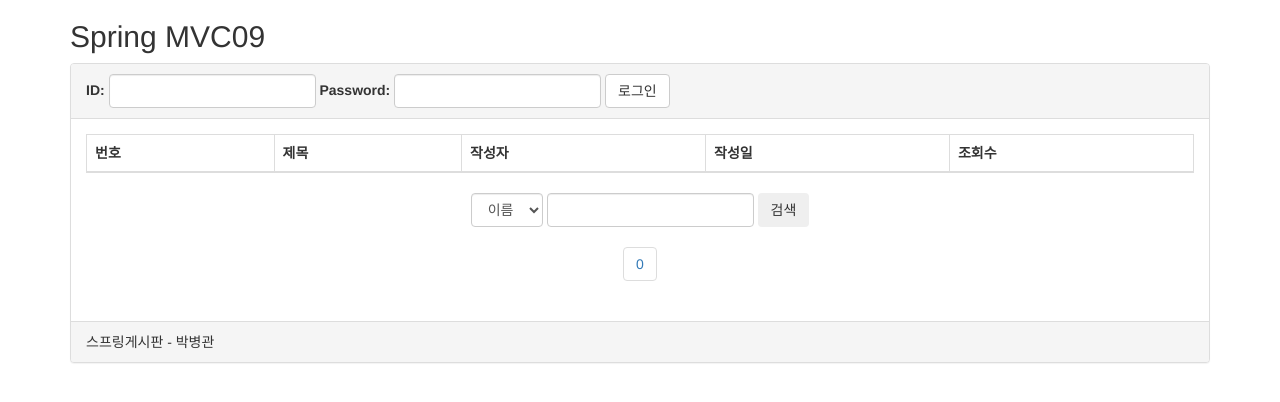
Repository: truffleToast/SpringLecture
Page: http://localhost/SpringMVC09/WEB-INF/views/board/list.jsp
These files come from the project's save history. The page is drawn as it stood at one moment and after the next save; the edit follows.
The browser window is 1280 px wide. The pictures show the whole page.
The page is served by Tomcat 9. Nobody is signed in. Other server files are loaded and not shown. The template is opened directly, without the code that normally fills it, so the values that code supplies are empty.

Above is the page before, as saved 2023-10-13 02:33:20.

### SpringMVC09/src/main/webapp/WEB-INF/views/board/list.jsp
<%@ page language="java" contentType="text/html; charset=UTF-8"
    pageEncoding="UTF-8"%>
<%@ taglib prefix="c" uri="http://java.sun.com/jsp/jstl/core" %>
<%@ taglib prefix="fn" uri="http://java.sun.com/jsp/jstl/functions" %>
<%@ taglib prefix="fmt" uri="http://java.sun.com/jsp/jstl/fmt" %>

<c:set var="cpath" value="${pageContext.request.contextPath}" />

<!DOCTYPE html>
<html>
<head>
<meta charset="UTF-8">
<title>Insert title here</title>
<link rel="stylesheet" href="https://maxcdn.bootstrapcdn.com/bootstrap/3.4.1/css/bootstrap.min.css">
<script src="https://ajax.googleapis.com/ajax/libs/jquery/3.6.4/jquery.min.js"></script>
<script src="https://maxcdn.bootstrapcdn.com/bootstrap/3.4.1/js/bootstrap.min.js"></script>
</head>
<body>
	<div class="container">
	  <h2>Spring MVC09</h2>
	  <div class="panel panel-default">
	    <div class="panel-heading">

	    <c:if test="${empty mvo}">
			<form class="form-inline" action="${cpath}/login/loginProcess" method="post">
				<div class="form-group">
					<label for="id">ID:</label>
					<input type="text" class="form-control" id="id" name="memID">
				</div>
				<div class="form-group">
					<label for="pwd">Password:</label>
					<input type="password" class="form-control" id="pwd" name="memPwd">
				</div>
				<button type="submit" class="btn btn-default">로그인</button>
			</form>
		</c:if>

		<c:if test="${not empty mvo}">

			<form class="form-inline" action="${cpath}/login/logoutProcess" method="post">
				<div class="form-group">
					<label>${mvo.memName}님 방문을 환영합니다.</label>
				</div>
				<button type="submit" class="btn btn-default">로그아웃</button>
			</form>

		</c:if>

		</div>
	    <div class="panel-body">
	    	<table class="table table-bordered table-hover">
	    		<thead>
	    			<tr>
	    				<th>번호</th>
	    				<th>제목</th>
	    				<th>작성자</th>
	    				<th>작성일</th>
	    				<th>조회수</th>
	    			</tr>
	    		</thead>
	    		<tbody>
	    			<!-- 여기에 게시글 출력해보세요 -->
	    			<c:forEach items="${list}" var="vo" varStatus="i">
	    				<tr>
	    					<td>${i.count}</td>
	    					<td>

	    					<c:if test="${vo.boardAvailable == 0}">
	    						<a href="javascript:alert('삭제된 게시글입니다')">
	    						<c:if test="${vo.boardLevel > 0}">
		    						<c:forEach begin="0" end="${vo.boardLevel}" step="1">
		    							<span style="padding-left: 15px"></span>
		    						</c:forEach>
		    						ㄴ[RE]
		    					</c:if>
	    						삭제된 게시물입니다.
	    						</a>
	    					</c:if>

	    					<c:if test="${vo.boardAvailable > 0}">
		    					<a class="move" href="${vo.idx}">
		    					<c:if test="${vo.boardLevel > 0}">
		    						<c:forEach begin="0" end="${vo.boardLevel}" step="1">
		    							<span style="padding-left: 15px"></span>
		    						</c:forEach>
		    						ㄴ[RE]
		    					</c:if>
		    					<c:out value="${vo.title}" />
		    					</a>
	    					</c:if>

	    					</td>
	    					<td>${vo.writer}</td>
	    					<td>
	    						<fmt:formatDate value="${vo.indate}" pattern="yyyy-MM-dd"/>
	    					</td>
	    					<td>${vo.count}</td>
	    				</tr>
	    			</c:forEach>
	    		</tbody>

	    		<c:if test="${not empty mvo}">
	    		<tr>
	    			<td colspan="5">
	    				<button id="regBtn" class="btn btn-xs btn-info pull-right">글쓰기</button>
	    			</td>
	    		</tr>
	    		</c:if>
	    	</table>


	    	<!-- 검색메뉴 -->
	    	<div style ="text-align: center;">
	    		<form class ="form-inline" action ="">
	    			<div class ="form-group">
	    				<select name ="type" class="form-control">
	    					<option>이름</option>
	    					<option>제목</option>
	    					<option>내용</option>
	    				</select>
	    			</div>
	    			<div class ="form-group">
	    				<input type ="text" class ="form-control" name ="keyword">
	    			</div>
	    			<button type ="submit" class="btn btn-succeess">검색</button>

	    		</form>

	    	</div>

	    	<div style="text-align: center;">
			  <ul class="pagination">

			  	<!-- 이전버튼처리 -->
			  	<c:if test="${pageMaker.prev}">
			  		<li class="paginate_button previous">
			  			<a href="${pageMaker.startPage - 1}">◀</a>
			  		</li>
			  	</c:if>
			  	<!-- 페이지번호 처리 -->
			    <c:forEach var="pageNum" begin="${pageMaker.startPage}" end="${pageMaker.endPage}">

			    	<c:if test="${pageMaker.cri.page == pageNum }">
			    		<li class="paginate_button active"><a href="${pageNum}">${pageNum}</a></li>
			    	</c:if>

			    	<c:if test="${pageMaker.cri.page != pageNum }">
			    		<li class="paginate_button"><a href="${pageNum}">${pageNum}</a></li>
			    	</c:if>
			    </c:forEach>
			    <!-- 다음버튼처리 -->
			    <c:if test="${pageMaker.next}">
			  		<li class="paginate_button previous">
			  			<a href="${pageMaker.endPage + 1}">▶</a>
			  		</li>
			  	</c:if>
			  </ul>

			  <form action="${cpath}/board/list" id="pageFrm">
			  	<input type="hidden" id="page" name="page" value="${pageMaker.cri.page}">
			  	<input type="hidden" id="perPageNum" name="perPageNum" value="${pageMaker.cri.perPageNum}">
			  </form>

			</div>
	    </div>
	    <div class="panel-footer">스프링게시판 - 박병관</div>
	  </div>
	</div>

	 <!-- Modal -->
	  <div class="modal fade" id="myMessage" role="dialog">
	    <div class="modal-dialog">
	      <!-- Modal content-->
	      <div id="messageType" class="modal-content">
	        <div class="modal-header panel-heading">
	          <button type="button" class="close" data-dismiss="modal">&times;</button>
	          <h4 class="modal-title">Modal Header</h4>
	        </div>
	        <div class="modal-body">
	        </div>
	        <div class="modal-footer">
	          <button type="button" class="btn btn-default" data-dismiss="modal">Close</button>
	        </div>
	      </div>
	    </div>
	  </div>


	<script type="text/javascript">
		$(document).ready(function(){

			// 페이지 번호 클릭 시 이동하기
			var pageFrm = $("#pageFrm");
			// li태그 안에 a태그 값 가져와서 form태그에 적용시켜 페이지이동

			$(".paginate_button a").on("click", function(e){
				// e -> 현재 클릭한 a태크 요소 자체
				e.preventDefault(); // a태그의 href속성 작동 막기
				var page = $(this).attr("href"); // 클릭한 a태그의 href값 가져오기
				pageFrm.find("#page").val(page);
				pageFrm.submit();
			});

			// 상세보기 클릭 시 이동
			$(".move").on("click", function(e){
				e.preventDefault(); // a태그의 href속성 작동 막기
				var idx = $(this).attr("href");
				var tag = "<input type='hidden' name='idx' value='"+idx+"'>";
				pageFrm.append(tag);
				pageFrm.attr("action", "${cpath}/board/get");
				pageFrm.submit();
			});







			var result = "${result}";
			checkModal(result);

			$("#regBtn").click(function(){
				location.href="${cpath}/board/register";
			});

		});

		function checkModal(result){
			if(result == ''){
				return;
			}
			if(parseInt(result) > 0){
				$(".modal-body").text("게시글" + result + "번이 등록되었습니다.");
				$("#myMessage").modal("show");
			}


		}



	</script>

</body>
</html>

After the next save:
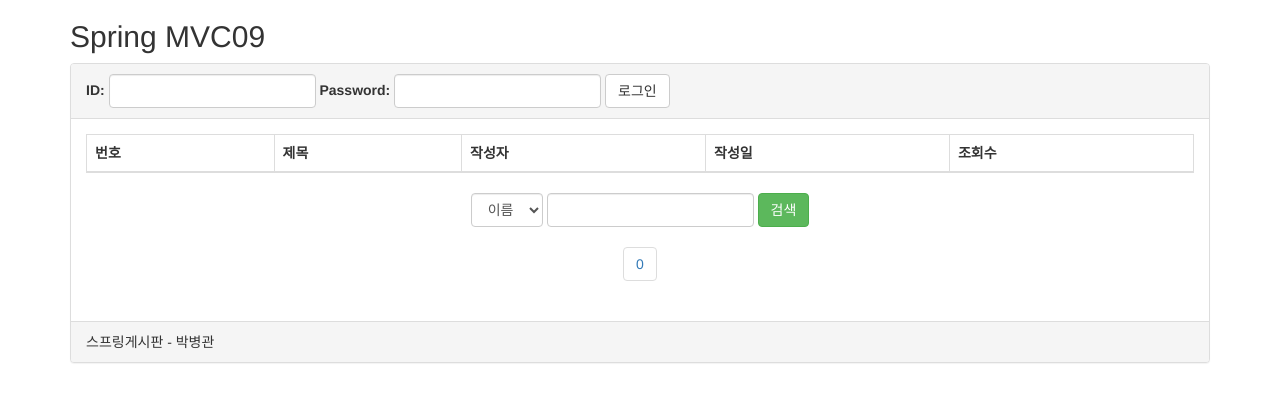
Saved 18 s later.
--- a/SpringMVC09/src/main/webapp/WEB-INF/views/board/list.jsp
+++ b/SpringMVC09/src/main/webapp/WEB-INF/views/board/list.jsp
@@ -122,7 +122,7 @@
 	    			<div class ="form-group">
 	    				<input type ="text" class ="form-control" name ="keyword">
 	    			</div>
-	    			<button type ="submit" class="btn btn-succeess">검색</button>
+	    			<button type ="submit" class="btn btn-success">검색</button>
 
 	    		</form>
 
